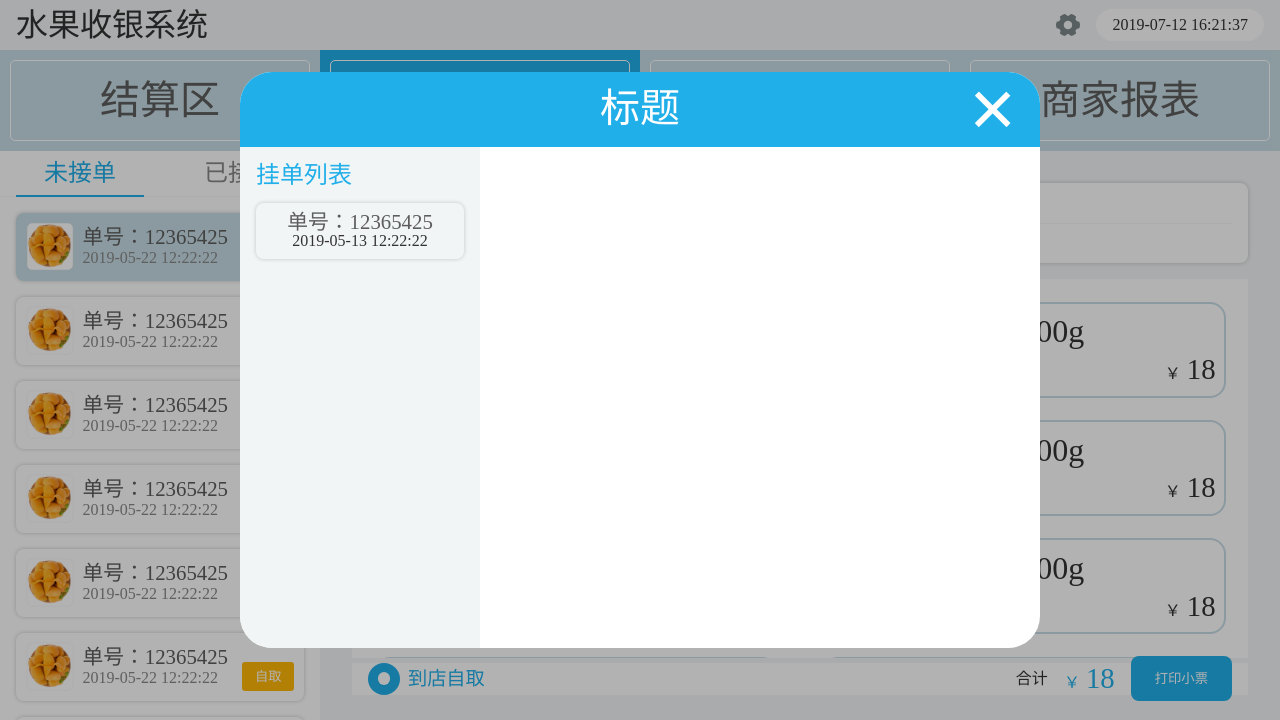
Repository: missing-star/fruit
Page: index.html
The author's editor kept a copy of each file at every save. The page is drawn from the files as they stood at one save, then again after the next save.
The browser window is 1280 px wide. The pictures show the whole page.
An inner scrolling area shows only its first screen.

Above is the page before, as saved 2019-07-15 10:27:18.

After the next save:
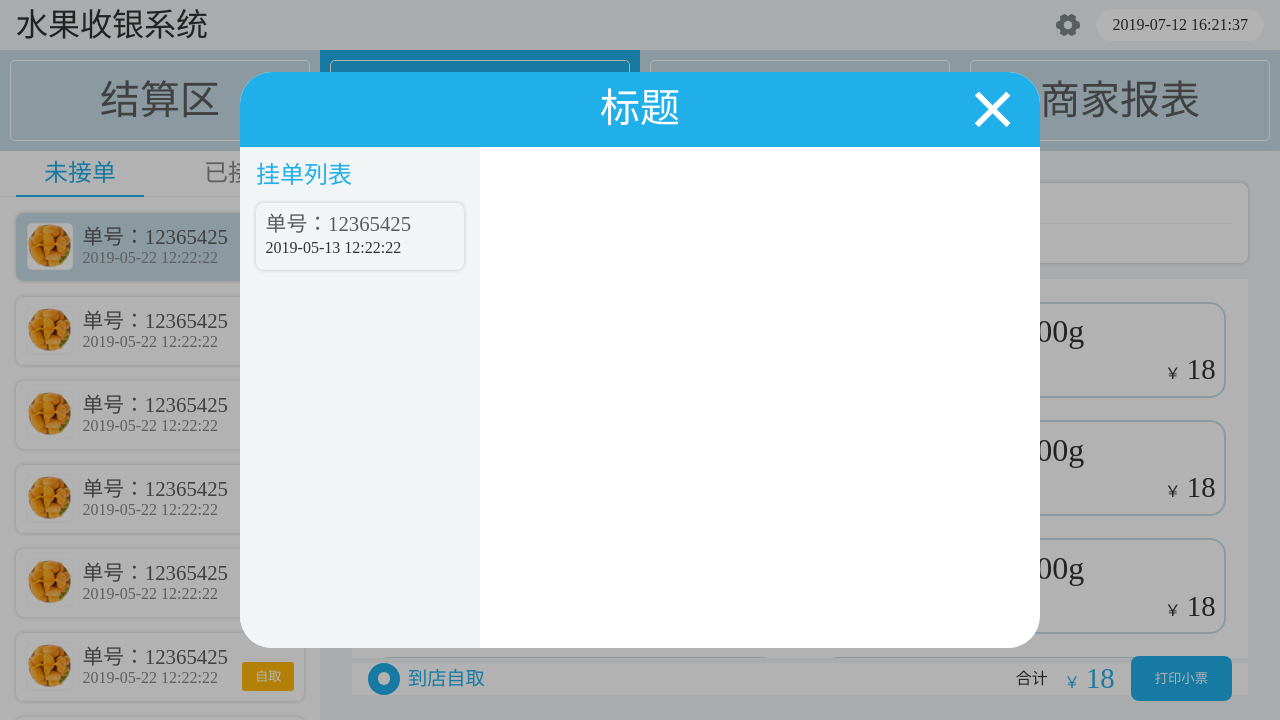
Saved 47 s later.
--- a/css/index.css
+++ b/css/index.css
@@ -738,3 +738,7 @@ li.order-item.dialog {
     display: flex;
     flex-direction: column;
 }
+p.order-number.dialog, p.order-time.dialog {
+    width: 100%;
+    line-height: 1.5rem;
+}
